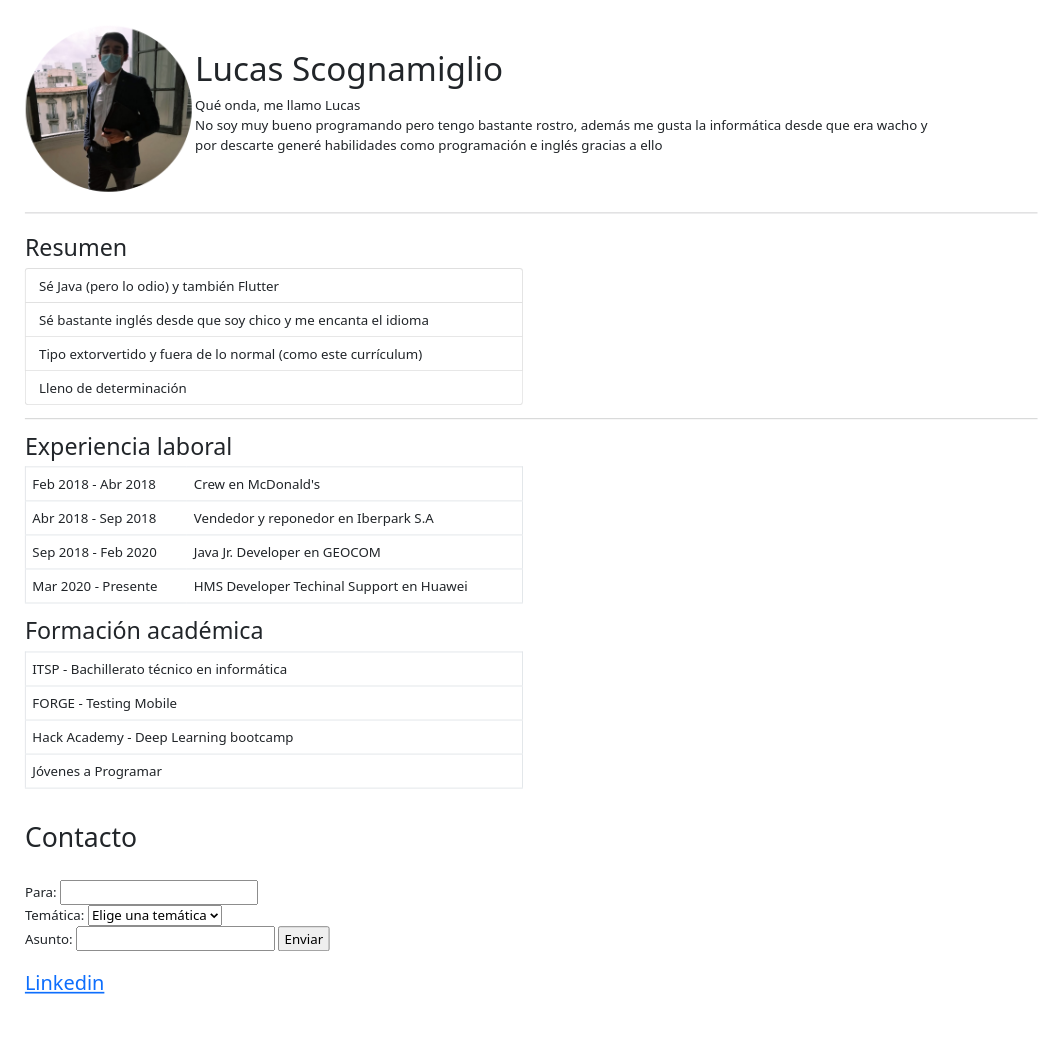
Repository: ScoggoDev/DesarrolloWeb
Page: tarea en equipo 1/cv.html
An editor plug-in stored every save of this project. The page is shown before and after the next save, followed by the edit.
The browser window is 1280 px wide. The pictures show the whole page, at 83% of full size.

Above is the page before, as saved 2021-07-12 10:04:38.

### tarea en equipo 1/cv.html
<!DOCTYPE html>
<html>
  <head>
    <meta charset="utf-8">
    <title>CV de Lucas</title>
    <link href="https://cdn.jsdelivr.net/npm/bootstrap@5.0.2/dist/css/bootstrap.min.css" rel="stylesheet" integrity="sha384-EVSTQN3/azprG1Anm3QDgpJLIm9Nao0Yz1ztcQTwFspd3yD65VohhpuuCOmLASjC" crossorigin="anonymous">
    <script src="https://cdn.jsdelivr.net/npm/bootstrap@5.0.2/dist/js/bootstrap.bundle.min.js" integrity="sha384-MrcW6ZMFYlzcLA8Nl+NtUVF0sA7MsXsP1UyJoMp4YLEuNSfAP+JcXn/tWtIaxVXM" crossorigin="anonymous"></script>
  </head>
  <body style="margin: 30px;">
    <table >
      <td><img src="circle-cropped.png" alt="Lucas Scognamiglio" width="200" height="200"></td>
      <td>           </td>
      <td>    <h1>Lucas Scognamiglio</h1>
          <p>Qué onda, me llamo Lucas<br> No soy muy bueno programando pero tengo bastante rostro, además me gusta la informática desde que era wacho y <br>por descarte generé habilidades como programación e inglés gracias a ello <br> </p></td>
    </table>

    <hr class="my-4">
    <h3>Resumen</h3>
    <div style="width: 600px; ">
        <ul class="list-group">
            <li class="list-group-item">Sé Java (pero lo odio) y también Flutter</li>
            <li class="list-group-item">Sé bastante inglés desde que soy chico y me encanta el idioma</li>
            <li class="list-group-item">Tipo extorvertido y fuera de lo normal (como este currículum)</li>
            <li class="list-group-item">Lleno de determinación</li>
          </ul>
    </div>

    <hr>
    <h3>Experiencia laboral</h3>
    <table border="1" class="table" style="width: 600px;">
      <tr>
        <td>Feb 2018 - Abr 2018</td>
        <td>Crew en McDonald's</td>
      </tr>
      <tr>
        <td>Abr 2018 - Sep 2018</td>
        <td>Vendedor y reponedor en Iberpark S.A</td>
      </tr>
      <tr>
        <td>Sep 2018 - Feb 2020</td>
        <td>Java Jr. Developer en GEOCOM</td>
      </tr>
      <tr>
        <td>Mar 2020 - Presente</td>
        <td>HMS Developer Techinal Support en Huawei</td>
      </tr>
    </table>

    <h3>Formación académica</h3>
    <table border="1" class="table" style="width: 600px;">
      <tr>
        <td>ITSP - Bachillerato técnico en informática</td>
      </tr>
      <tr>
        <td>FORGE - Testing Mobile</td>
      </tr>
      <tr>
        <td>Hack Academy - Deep Learning bootcamp</td>
      </tr>
      <tr>
        <td>Jóvenes a Programar</td>
      </tr>
    </table>
    <br>
    <h2>Contacto</h2>
    <br>
    <form action="/action_page.php">
      <label for="fname">Para:</label>
      <input type="text" id="fname" name="fname"><br>

      <label for="food">Temática: </label>
      <select name="select" >
          <option value="" selected disabled hidden>Elige una temática</option>
          <option>Consulta</option>
          <option>Propuesta</option>
          <option>Reporte</option>
          <option>Otro</option>

      </select> <br>
      <label for="lname">Asunto:</label>
      <input type="text" id="lname" name="lname">
      <input type="submit" value="Enviar">
    </form>
    <br>
    <h4><a href="linkedin.com/in/lucas-scognamiglio-71b154162/">Linkedin</a></h4>
    <br>
  </body>
</html>

After the next save:
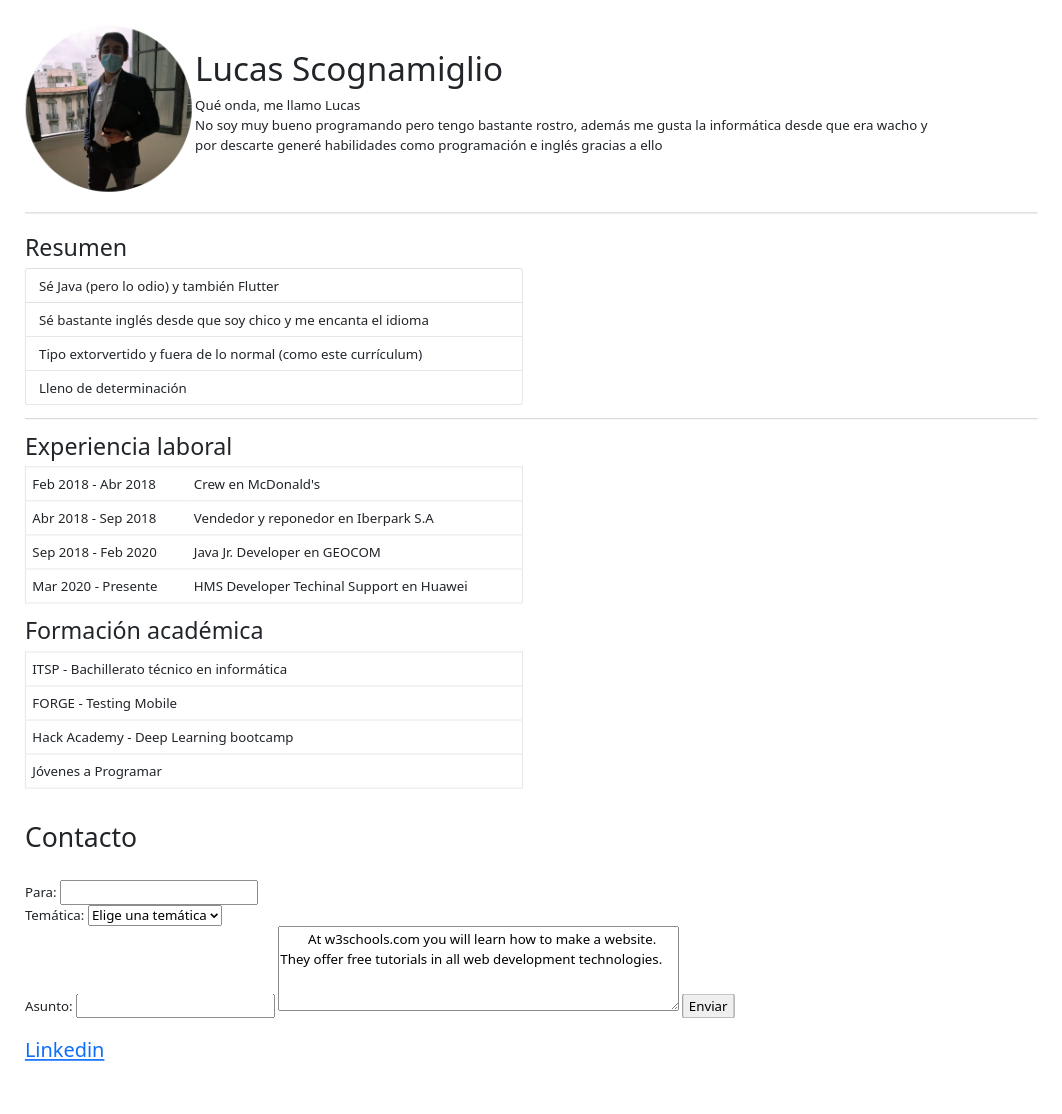
Saved 2 min 1 s later.
--- a/tarea en equipo 1/cv.html
+++ b/tarea en equipo 1/cv.html
@@ -79,6 +79,9 @@
       </select> <br>
       <label for="lname">Asunto:</label>
       <input type="text" id="lname" name="lname">
+      <textarea id="w3review" name="w3review" rows="4" cols="50">
+        At w3schools.com you will learn how to make a website. They offer free tutorials in all web development technologies.
+        </textarea>
       <input type="submit" value="Enviar">
     </form>
     <br>
